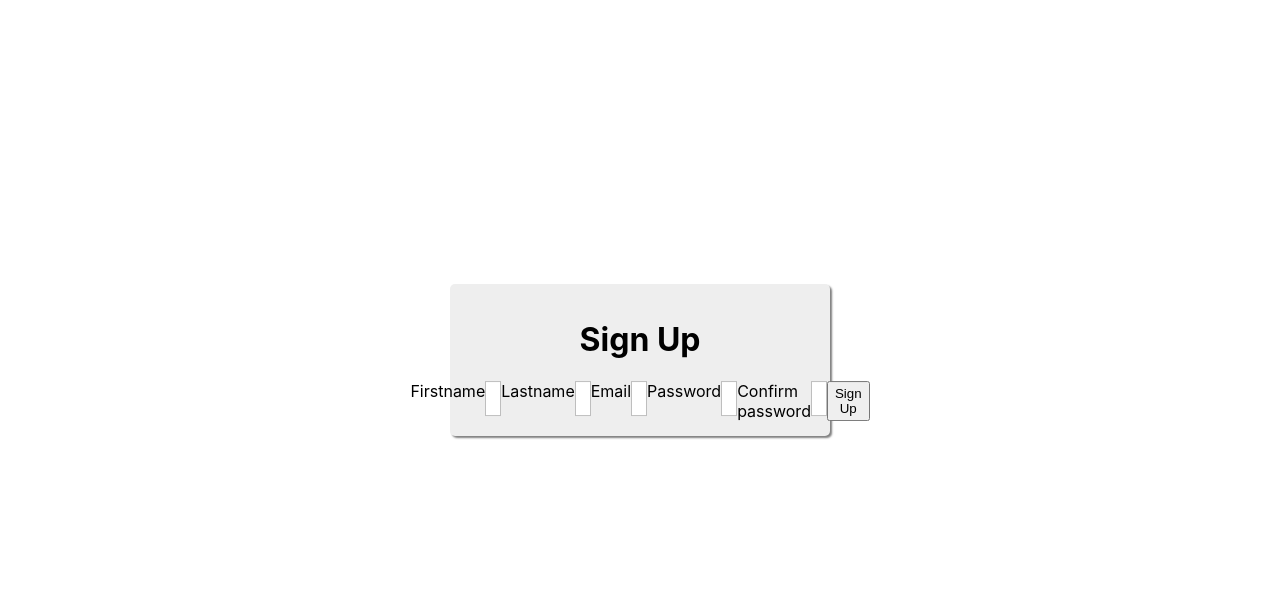
Repository: khamraeva/JSP-homework1-sighup
Page: /
An editor plug-in stored every save of this project. The page is shown before and after the next save, followed by the edit.
The browser window is 1280 px wide. The pictures show the whole page.
The project was rebuilt for these pictures with package versions that can differ from the ones it lists, and the page was loaded fresh each time. Also part of the build but not shown: src/App.css.

Above is the page before, as saved 2020-07-22 17:14:14.

After the next save:
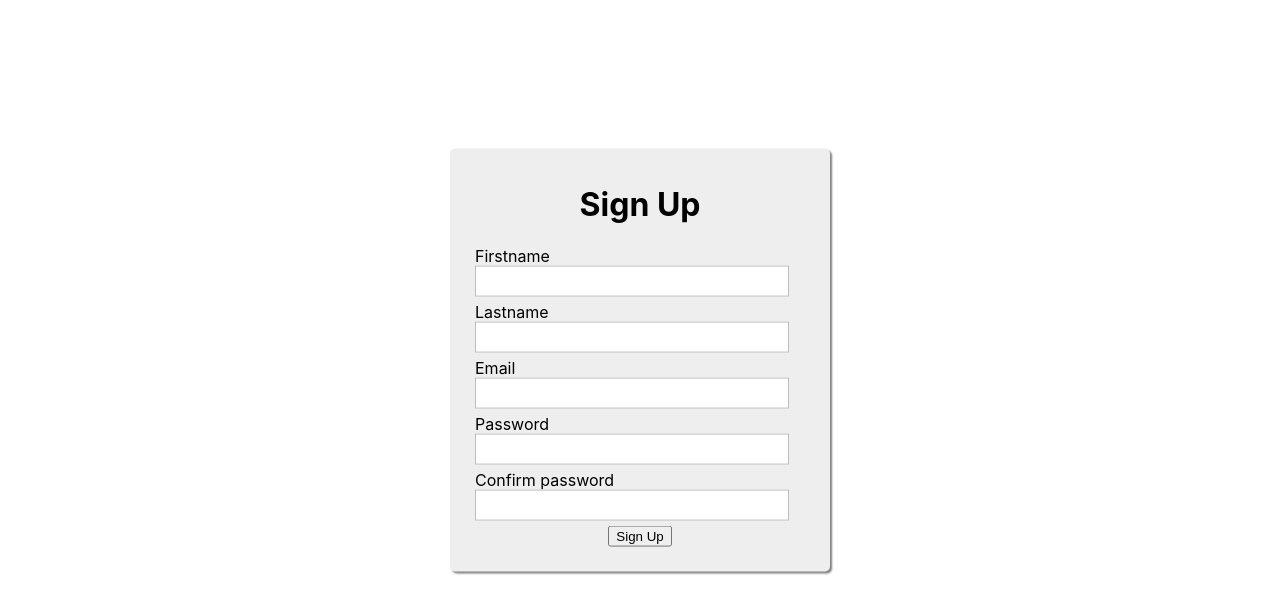
Saved 7 s later.
--- a/src/Components/SignUp/SignUp.css
+++ b/src/Components/SignUp/SignUp.css
@@ -15,8 +15,7 @@
 }
 
 .signup-form {
-    display: flex;
-    justify-content: center;
+    margin: 10px;
 }
 
 .input {
